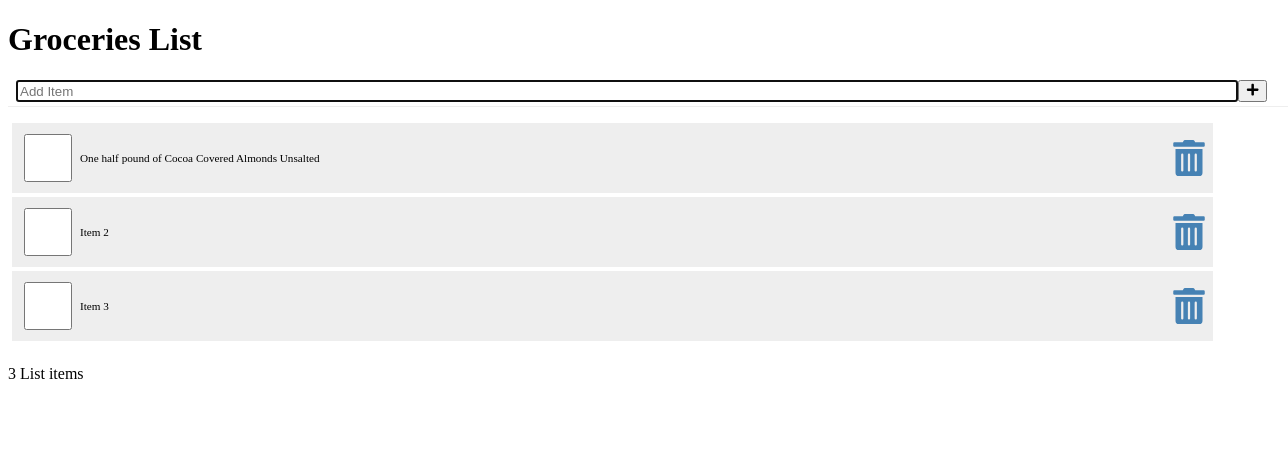
Repository: akinmiday/react-series
Page: /
The author's editor kept a copy of each file at every save. The page is drawn from the files as they stood at one save, then again after the next save.
The browser window is 1280 px wide. The page is 1288 px wide, so the pictures cover 1288 px, including what lies to the right of the window. The pictures show the whole page.
The project was rebuilt for these pictures with package versions that can differ from the ones it lists, and the page was loaded fresh each time. Also part of the build but not shown: vite.config.js, src/index.css.

Above is the page before, as saved 2023-08-22 06:15:24.

After the next save:
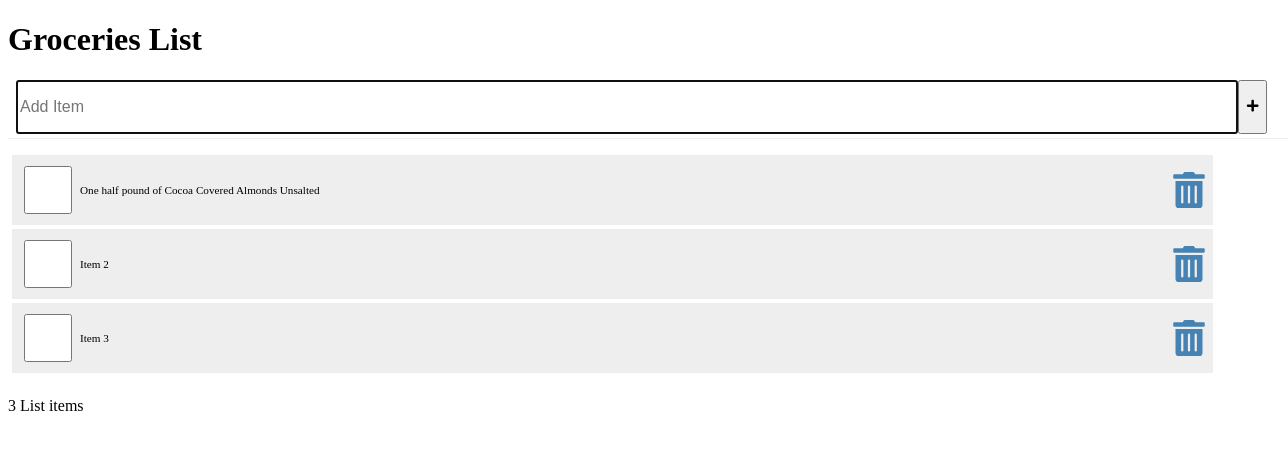
Saved 31 s later.
--- a/src/App.css
+++ b/src/App.css
@@ -70,4 +70,6 @@ text-decoration: underline;
 .addForm input[type='text']{
     flex-grow: 1;
     max-width: calc(100% - 50px);
+    min-height: 48px;
+    font-size: 1rem;
 }
